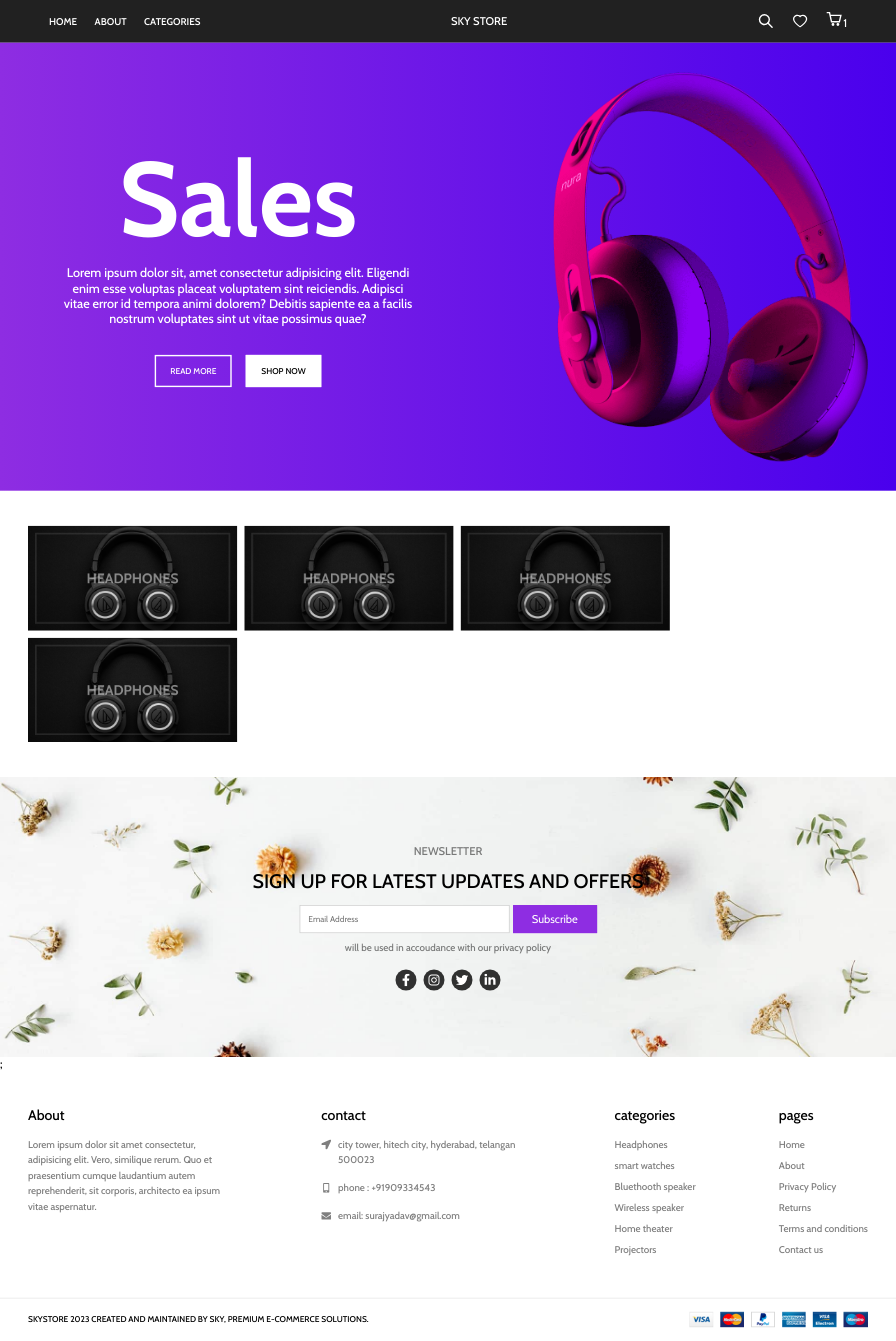
Repository: suraj-yadav7/ecommerce
Page: /
An editor plug-in stored every save of this project. The page is shown before and after the next save, followed by the edit.
The browser window is 1280 px wide. The pictures show the whole page, at 70% of full size.
The project was rebuilt for these pictures with package versions that can differ from the ones it lists, and the page was loaded fresh each time. Also part of the build but not shown: src/components/Category/Category.scss, src/components/Category/Category.jsx, src/components/SingleProduct/SingleProduct.scss, src/components/SingleProduct/SingleProduct.jsx, src/App.scss, src/components/Header/Search/Search.scss, src/components/Header/Search/Search.jsx, src/components/Cart/Cart.scss and 1 more.

Above is the page before, as saved 2023-06-19 11:34:21.

### src/index.jsx
import React from 'react';
import ReactDOM from 'react-dom/client';
import './index.scss';
import App from './App';
import { Provider } from 'react-redux';
import store from './store/store';

const root = ReactDOM.createRoot(document.getElementById('root'));
root.render(
<Provider store={store}>
    <App />
</Provider>
);

### src/App.jsx
import React from 'react';
import { BrowserRouter as Router, Routes, Route } from 'react-router-dom';
import Home from "./components/Home/Home"
import Category from "./components/Category/Category"
import SingleProduct from "./components/SingleProduct/SingleProduct"
import './App.scss';
import Header from './components/Header/Header';
import Footer from './components/Footer/Footer';
import Newsletter from './components/Footer/Newsletter/Newsletter';

function App() {
  return (
   <>
   <Router>
    <Header/>
    <Routes>
        <Route exact path="/" element={<Home/>} />
        <Route exact path="/category/:id" element={<Category/>} />
        <Route exact path="/product/:id" element={<SingleProduct/>} />
    </Routes>
    <Newsletter/>
    <Footer />
   </Router>
   </>
  );
}

export default App;

### src/store/store.jsx
import { configureStore } from "@reduxjs/toolkit";
import productSlice from "./slices/productSlice";


const store = configureStore({
    reducer:{
        product:productSlice
    }
})

export default store;

### src/components/Home/Home.jsx
import { useDispatch, useSelector } from "react-redux";
import "./Home.scss";
import { addElement } from "../../store/slices/productSlice";
import Banner from "./Banner/Banner";
import Category from "../Home/Category/Category";


const Home = () => {
    const dispatch = useDispatch()
    const data = useSelector((state) => state.product.data)
    return (
        <>
            <div className="home">
                <Banner />
                <div className="main-content">
                    <div className="layout">
                        <Category />
                    </div>
                </div>
            </div>
        </>

    )
};

export default Home;

### src/components/Header/Header.jsx
import "./Header.scss";
import Search from "./Search/Search"
import Cart from "../Cart/Cart"
import { TbSearch } from "react-icons/tb"
import { CgShoppingCart } from "react-icons/cg"
import { AiOutlineHeart } from "react-icons/ai"
import "./Header.scss"
import { useEffect, useState } from "react";

const Header = () => {
    const [scrollVal, setScrollVal] = useState(false)
    const handleScroll = ()=>{
        const offset = window.scrollY;
        console.log(offset)
        if(offset > 200){
            setScrollVal(true)
        }
        else{
            setScrollVal(false)
        }
    }
    useEffect(()=>{
        window.addEventListener("scroll", handleScroll)
    },[])

    return (
        <>
            <header className={`main-header ${scrollVal? "sticky-header":""}`}>
                <div className="header-content">
                    <ul className="left" >
                        <li>Home</li>
                        <li>About</li>
                        <li>Categories</li>
                    </ul>
                    <div className="center"> SKY STORE</div>
                    <div className="right">
                        <TbSearch />
                        <AiOutlineHeart />
                        <span className="cart-icon">
                            <CgShoppingCart />1
                        </span>
                    </div>
                </div >
            </header >
        </>
    )
};

export default Header;

### src/components/Footer/Footer.jsx
import React from "react";
import "./Footer.scss";
import { FaLocationArrow, FaMobileAlt, FaEnvelope } from "react-icons/fa";
import Payment from "../../assets/payments.png";
const Footer = () => {
    return (
        <footer className="footer">
            <div className="footer-content">
                <div className="col">
                    <div className="title" > About</div>
                    <div className="text">Lorem ipsum dolor sit amet consectetur, adipisicing elit. Vero, similique rerum. Quo et praesentium cumque laudantium autem reprehenderit, sit corporis, architecto ea ipsum vitae aspernatur. </div>
                </div>
                <div className="col">
                    <div className="title" > contact</div>
                    <div className="c-item">
                        <FaLocationArrow />
                        <div className="text">city tower, hitech city, hyderabad, telangan 500023</div>
                    </div>
                    <div className="c-item">
                        <FaMobileAlt />
                        <div className="text">phone : +91909334543</div>
                    </div>
                    <div className="c-item">
                        <FaEnvelope />
                        <div className="text">email: surajyadav@gmail.com</div>
                    </div>

                </div>
                <div className="col">
                    <div className="title" > categories</div>
                    <div className="text">Headphones</div>
                    <div className="text">smart watches</div>
                    <div className="text">Bluethooth speaker</div>
                    <div className="text">Wireless speaker</div>
                    <div className="text">Home theater</div>
                    <div className="text">Projectors</div>
                </div>
                <div className="col">
                    <div className="title" > pages</div>
                    <div className="text">Home</div>
                    <div className="text">About</div>
                    <div className="text">Privacy Policy</div>
                    <div className="text">Returns</div>
                    <div className="text">Terms and conditions</div>
                    <div className="text">Contact us</div>
                </div>
            </div>
            <div className="bottom-bar">
                <div className="bottom-bar-content">
                    <div className="text">
                        SKYSTORE 2023 CREATED AND MAINTAINED BY SKY, PREMIUM E-COMMERCE SOLUTIONS.
                    </div>
                    <img src={Payment} alt="payment-options"/>
                </div>
            </div>
        </footer>
    )
};
export default Footer;

### src/components/Footer/Newsletter/Newsletter.jsx
import React from "react";
import {
    FaFacebookF,
    FaTwitter,
    FaInstagram,
    FaLinkedinIn,
} from "react-icons/fa";
import "./Newsletter.scss"

const Newsletter = () => {
    return (
    <>
        <div className="newsletter-section">
            <div className="newsletter-content">
                <span className="small-text" >Newsletter</span>
                <span className="big-text"> Sign up for latest updates and offers</span>
                <div className="form">
                    <input type="text" placeholder="Email Address" />
                    <button className="btn-sub">Subscribe</button>
                </div>
                <div className="text">will be used in accoudance with our privacy policy </div>
                <div className="social-icons">
                    <div className="icon">
                        <FaFacebookF size={18} />
                    </div>
                    <div className="icon">
                        <FaInstagram size={18} />
                    </div>
                    <div className="icon">
                        <FaTwitter size={18} />
                    </div>
                    <div className="icon">
                        <FaLinkedinIn size={18} />
                    </div>

                </div>
            </div>
        </div>;
    </>
    )
};
export default Newsletter;

### src/store/slices/productSlice.jsx
import { createSlice } from "@reduxjs/toolkit";

const productSlice = createSlice({
    name:"productSlice",
    initialState:{
        data:["lg", "sansung", "onida"],
        loading:false,
        error:null
    },

    reducers:{
        addElement:(state, action)=>{
            state.data.push(action.payload)
        },

    },

    extraReducers:{

    }


})

export default productSlice.reducer

export const {addElement}= productSlice.actions;

### src/components/Home/Home.scss
@import "../../css-config/mixins.scss";

.main-content{
    max-width: calc(100% - 20px);
    margin: 0 auto;
    @include md{
        max-width: 1200px;
    }
}

### src/components/Home/Banner/Banner.jsx
import "./Banner.scss";
import BannerImg from '../../../assets/banner-img.png'
const Banner = () => {
    return(
        <>
        <div className="hero-banner">
            <div className="content">
                <div className="text-content">
                    <h1>Sales</h1>
                    <p>Lorem ipsum dolor sit, amet consectetur adipisicing elit. Eligendi enim esse voluptas placeat voluptatem sint reiciendis. Adipisci vitae error id tempora animi dolorem? Debitis sapiente ea a facilis nostrum voluptates sint ut vitae possimus quae?</p>
                    <div className="ctas">
                        <div className="banner-cta">Read More</div>
                        <div className="banner-cta v2">Shop now</div>
                    </div>
                </div>
                <img src={BannerImg}className="banner-img" alt="banner-img"></img>
            </div>

        </div>

        </>
)
};

export default Banner;

### src/components/Home/Category/Category.jsx
import React from "react";
import cart1 from "../../../assets/category/cat-1.jpg"
import "./Category.scss";
const Category = () => {
    return (
    <>
        <div className="shop-by-category">
            <div className="categories">
                <div className="category">
                    <img src={cart1} alt=""/>
                </div>
                <div className="category">
                    <img src={cart1} alt=""/>
                </div>
                <div className="category">
                    <img src={cart1} alt=""/>
                </div>

                <div className="category">
                    <img src={cart1} alt=""/>
                </div>
            </div>

        </div>

    </>
    )
};

export default Category;

### src/components/Header/Header.scss
@import "../../css-config/mixins.scss";

.main-header {
    width: 100%;
    padding: 0 20px;
    background-color: #212121;
    color: white;
    border-bottom: 1px solid rgba(0, 0, 0, 0.1);
    z-index: 99;
    @include md {
        padding: 0 40px;
    }

    .header-content {
        display: flex;
        justify-content: space-between;
        align-items: center;
        height: 50px;
        max-width: 95%;
        margin: 0 auto;

        @include md {
            height: 60px;
        }

        .left {
            list-style-type: none;
            display: none;
            gap: 25px;

            @include md {
                display: flex;
            }

            li {
                font-size: 14px;
                font-weight: 600;
                text-transform: uppercase;
                cursor: pointer;
            }
        }

        •center {
            font-size: 22px;
            font-weight: 700;
            cursor: pointer;

            @include md {
                font-size: 33px;
                position: absolute;
                left: 50%;
                transform: translateX(-50%);
            }
        }

        .right {
            display: flex;
            align-items: center;
            gap: 20px;

            @include md {
                gap: 25px;
            }

            svg {
                font-size: 20px;
                cursor: pointer;

                @include md {
                    font-size: 24px;
                }
            }

            .cart-icon {
                position: relative;

                span {
                    min-width: 20px;
                    text-align: center;
                    background-color: #8e2de2;
                    padding: 2.5px;
                    position: absolute;
                    top: -5px;
                    right: -12px;
                    font-size: 12px;
                    line-height: 1;
                    border-radius: 10px;

                }
            }
        }

    }

    &.sticky-header{
        position: sticky;
        top:0;
        transform: translateY(-60);
        animation: stickyHeader 0.3s ease forwards;
    }
}

@keyframes stickyHeader{
    0%{
        transform: translateY(-60px);
    }
    100%{
        transform: translateY(0);
    }
}

### src/components/Footer/Footer.scss
@import "../../css-config/mixins.scss";

.footer {
    width: 100%;

    .footer-content {
        padding: 50px 20px;
        max-width: 1200px;
        margin: 0 auto;
        display: flex;
        flex-flow: wrap;
        gap: 20px;

        @include md {
            justify-content: space-between;
            padding: 50px 0;
        }

        .col {
            max-width: 300px;

            .title {
                margin-bottom: 20px;
                font-size: 20px;
            }

            .text {
                color: rgb(0, 0, 0, 0.5);
                font-size: 14px;
                margin-bottom: 8px;
            }

            .c-item {
                display: flex;
                margin-bottom: 10px;

                svg {
                    flex-shrink: 0;
                    font-size: 14px;
                    margin-right: 10px;
                    margin-top: 4px;
                    color: rgb(0, 0, 0, 0.5);

                }
            }
        }
    }

    .bottom-bar {
        border-top: 1px solid rgba(0, 0, 0, 0.1);
        .bottom-bar-content {
            padding: 20px;
            display: flex;
            align-items: center;
            flex-direction: column;
            text-align: center;
            gap: 10px;
            @include md {
                padding: 0;
                height: 60px;
                max-width: 1200px;
                margin: 0 auto;
                flex-direction: row;
                justify-content: space-between;
                text-align: left;
            }
            .text {
                font-size: 12px;
                color: Orgba (0, 0, 0, 0.5);
            }
        }
    }
}

### src/components/Footer/Newsletter/Newsletter.scss
@import "../../../css-config/mixins.scss";

.newsletter-section {
    width: 100%;
    height: 400px;
    display: flex;
    align-items: center;
    background: #f9f9f9 url("../../../assets/newsletter-bg.jpeg");
    background-position: center;
    background-repeat: no-repeat;
    background-size: cover;

    .newsletter-content {
        width: fit-content;
        display: flex;
        flex-direction: column;
        align-items: center;
        margin: 0 auto;
        text-align: center;

        .small-text {
            margin-bottom: 15px;
            text-transform: uppercase;
            color: rgba(0, 0, 0, 0.5);
        }

        .big-text {
            margin-bottom: 20px;
            font-size: 22px;
            line-height: 30px;
            font-weight: 500;
            text-transform: uppercase;
            padding: 0 30px;

            @include md {
                font-size: 28px;
            }
        }

        .form {
            display: flex;
            gap: 05px;
            margin-bottom: 10px;

            .btn-sub {
                outline: 0;
                border: 0;
                height: 40px;
                width: 100px;
                display: flex;
                align-items: center;
                justify-content: center;
                cursor: pointer;
                font-size: 16px;
                color: white;
                background-color: #8e2de2;
                border: 3px solid #8e2de2;

                @include md {
                    width: 120px;
                }
            }

            input {
                width: 200px;
                height: 40px;
                border-radius: 0;
                border: 1px solid rgba(0, 0, 0, 0.2);
                padding: 0 12px;
                font-size: 12px;
                outline: none;

                @include md {
                    width: 300px;
                }

            }


        }

        .text {
            margin-bottom: 20px;
            font-size: 14px;
            color: rgb(0, 0, 0, 0.5);
        }

        .social-icons {
            display: flex;
            gap: 10px;
            .icon {
                width: 30px;
                height: 30px;
                background-color: rgba(0, 0, 0, 0.8);
                border-radius: 50%;
                color: white;
                display: flex;
                justify-content: center;
                align-items: center;
            }
        }

        }
    }

### src/components/Home/Banner/Banner.scss
@import "../../../css-config/mixins.scss";

.hero-banner {
    padding: 40px 0;
    position: relative;
    background-image: linear-gradient(to right, #8e2de2, #4a00ed);
    @include md {
    height: calc(100vh - 80px) ;
    }
    .content{
    height: 100%;
    display: flex;
    justify-content: flex-end;
    align-items: center;
    flex-direction: column-reverse;
    max-width: calc(100% - 20px);
    margin: 0 auto;
    position: relative;
    @include md {
    flex-direction: row;
    max-width: 1200px;
    }
    .banner-img {
        position: relative;
        z-index: 9;
        width: 200px;
        margin-bottom: 20px;
        @include md{
            width: 450px;
            margin-right: 0px;
            margin-top: 0px;
            margin-bottom: 0;
        }
        @include xxl {
        width: 600px;
        margin-right: 0;
        margin-top: 0;
    }
    }
    .text-content {
        color: white;
        text-align: center;
        display: flex;
        flex-direction: column;
        align-items: center;
        @include md {
        position: absolute;
        left: 50px;
        top: 50%;
        transform: translateY(-50%) ;
        }
        @include xxl {
        left: 0;
        }
        h1{
            font-size: 80px;
            font-weight: 700;
            line-height: 1;
            margin-bottom: 20px;
            @include md{
                font-size: 150px;
            }
        }

        p{
            max-width: 300px;
            font-size: 14px;
            list-style: 20px;
            margin-bottom: 20px;
            @include md{
                max-width: 500px;
                font-size: 18px;
                line-height: 22px;
                margin-bottom: 40px;
            }
        }
        .ctas{
            display: flex;
            justify-content: center;
            gap: 20px;
            .banner-cta{
                text-transform: uppercase;
                font-size: 12px;
                font-weight: 500;
                width: fit-content;
                border: 2px solid white;
                padding: 10px 20px;
                cursor: pointer;
                &.v2{
                    background-color: white;
                    color: black;

                }
                &:hover{
                    opacity: 0.6;
                }
            }
        }
     }
    }
 }

### src/components/Home/Category/Category.scss
@import "../../../css-config/mixins.scss";

.shop-by-category {
    margin: 25px 0;
    @include md {
        margin: 50px 0;
    }
    .categories {
        display: flex;
        flex-flow: wrap;
        gap: 10px;
        .category {
            background-color: Oblack;
            width: calc(50% - 5px);
            cursor: pointer;
            overflow: hidden;
            @include md {
                width: calc(25% - 1px);
            }
            img {
                width: 100%;
                display: block;
                transition: all ease 0.3s;

            }
            &:hover{
                img{
                    transform: scale(1.2)
                }
            }
        }
    }
}

Loaded but not shown: public/index.html (common file); src/index.scss (common file); src/css-config/mixins.scss (common file)

After the next save:
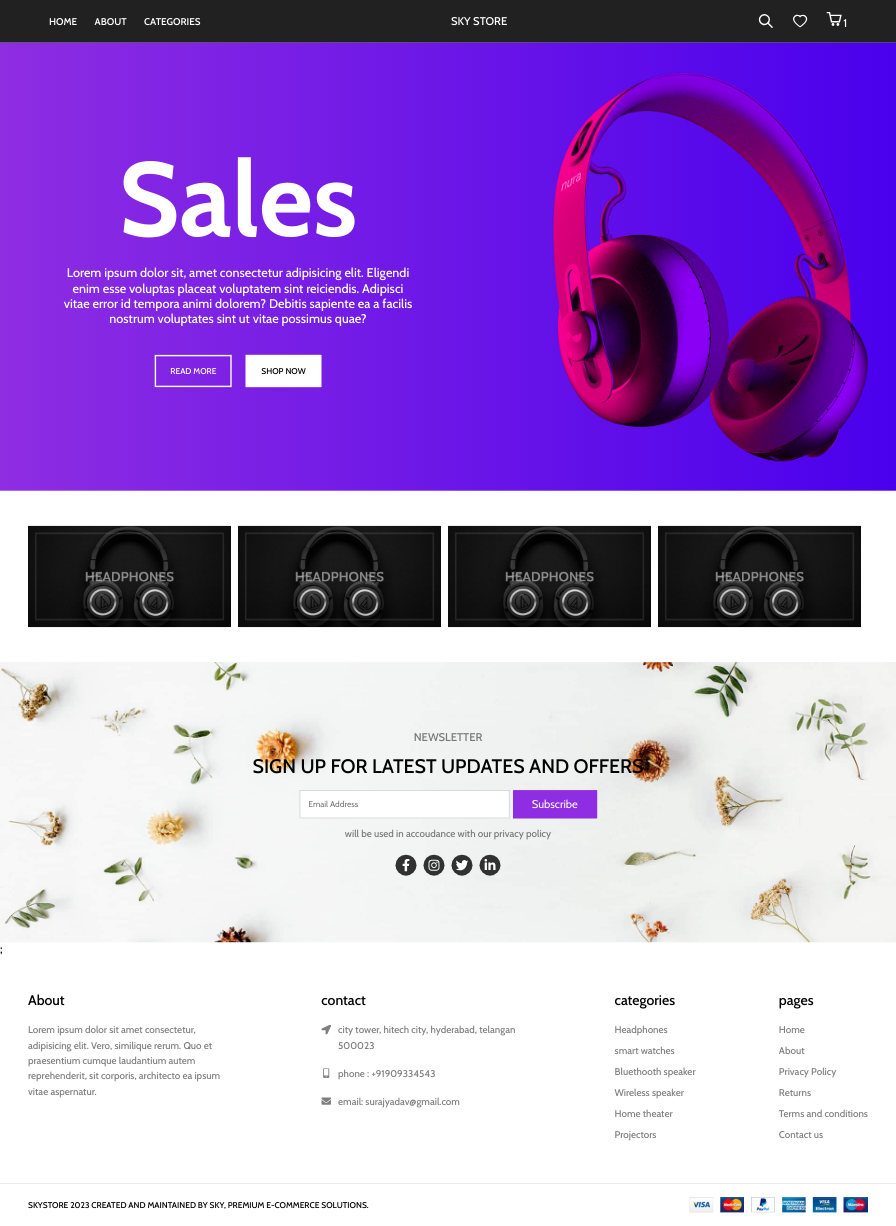
Saved 16 s later.
--- a/src/components/Home/Category/Category.scss
+++ b/src/components/Home/Category/Category.scss
@@ -15,7 +15,7 @@
             cursor: pointer;
             overflow: hidden;
             @include md {
-                width: calc(25% - 1px);
+                width: calc(25% - 10px);
             }
             img {
                 width: 100%;
